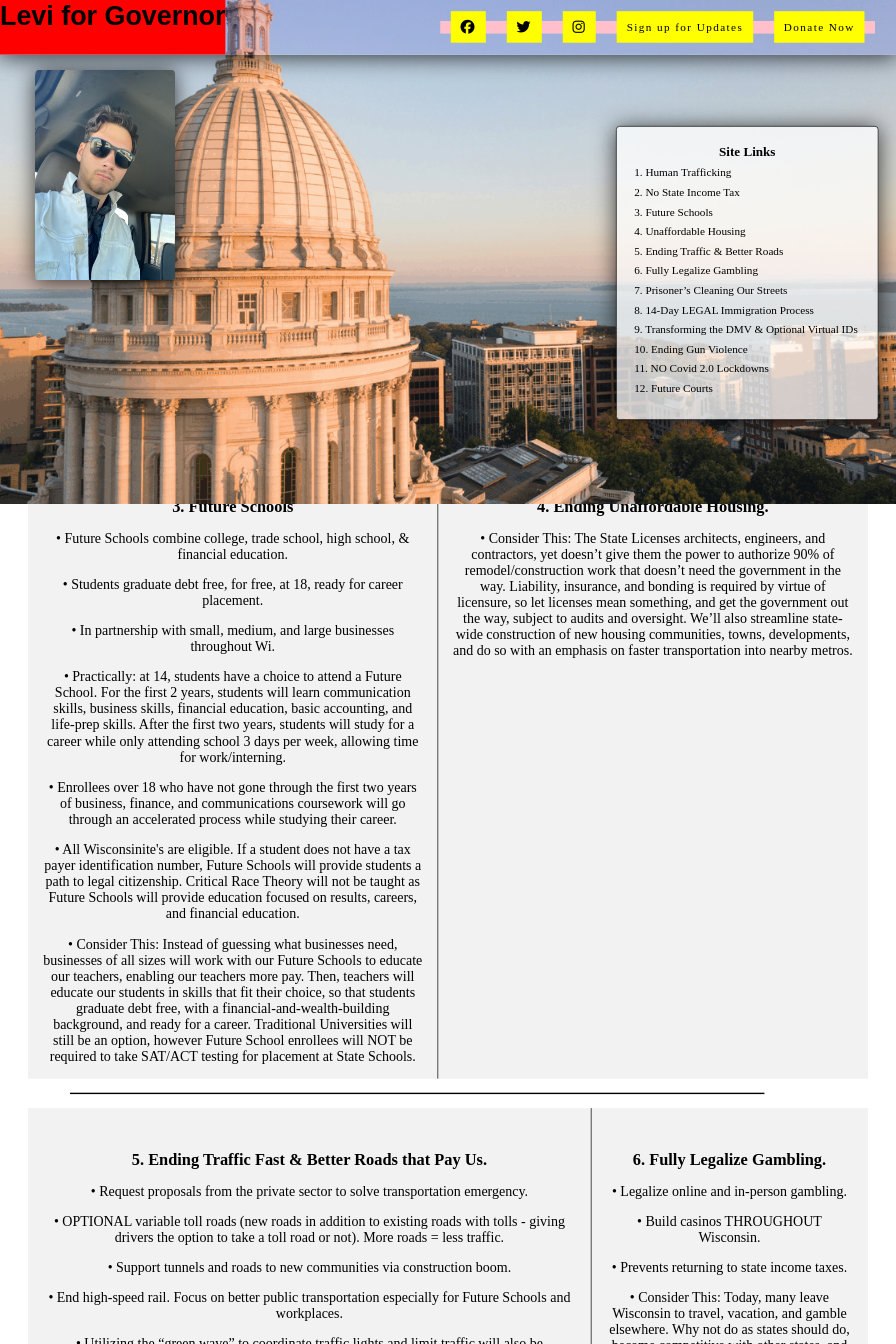
Repository: LeviCB/LeviCB.github.io
Page: index.html
The author's editor kept a record of every edit. The page is drawn from the files as they stood at one moment, then again after the next edit.
The browser window is 1280 px wide. The pictures show the part of the page from y = 0 to 1920 px (the page is 3981 px tall), at 70% of full size.
Some web fonts or font styles are not loaded; a fallback is used. Some web libraries are served in a nearby version.

Above is the page before.
Console error: SyntaxError: Identifier 'head' has already been declared

After the next edit:
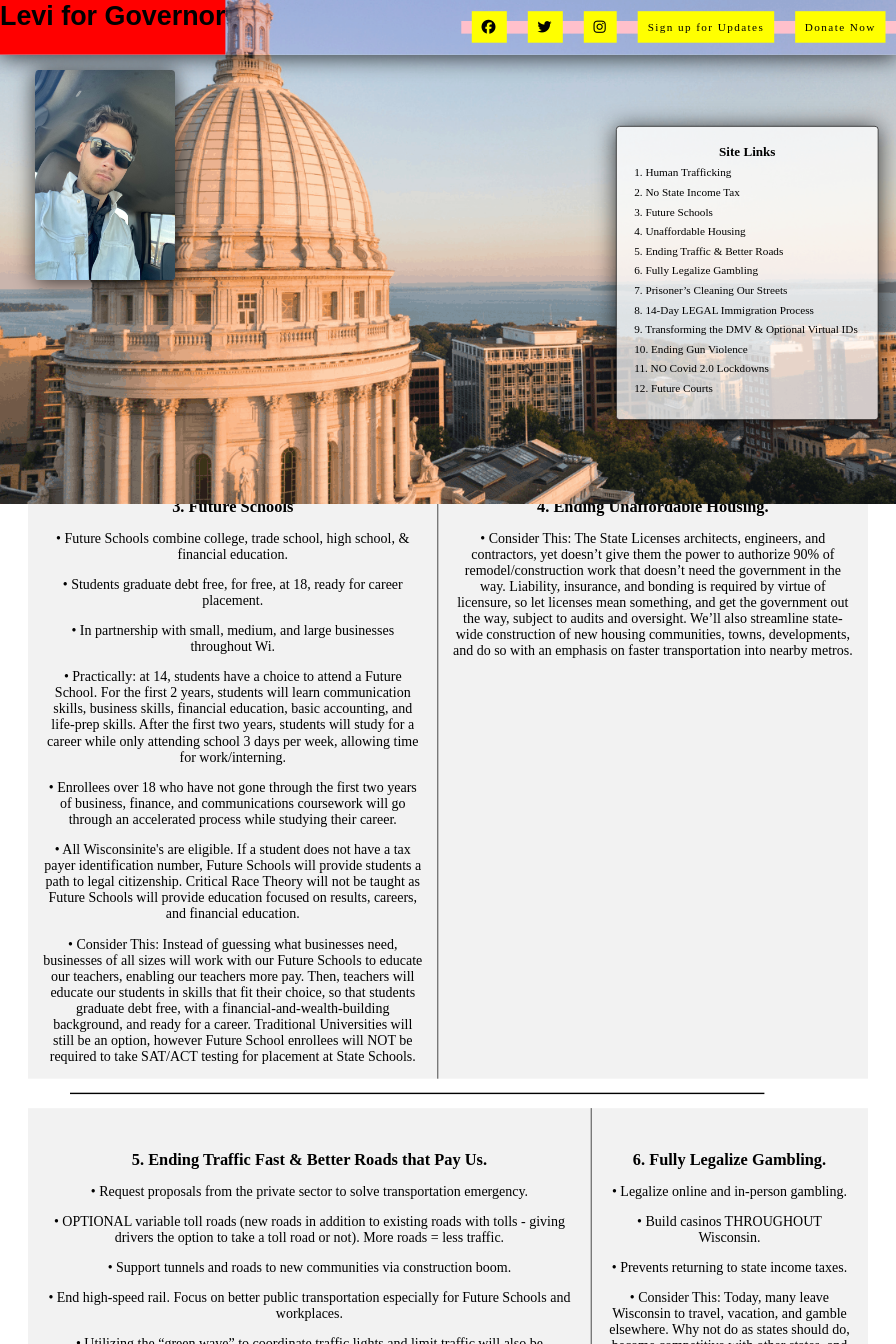
The edit:
--- a/assets/css/style.css
+++ b/assets/css/style.css
@@ -154,7 +154,8 @@
   background-color: pink;
   position: relative;
   display: flex;
-  margin-right: 30px;
+  padding: inherit;
+  margin-right: 0px;
   justify-content: center;
   align-items: center;
 }
